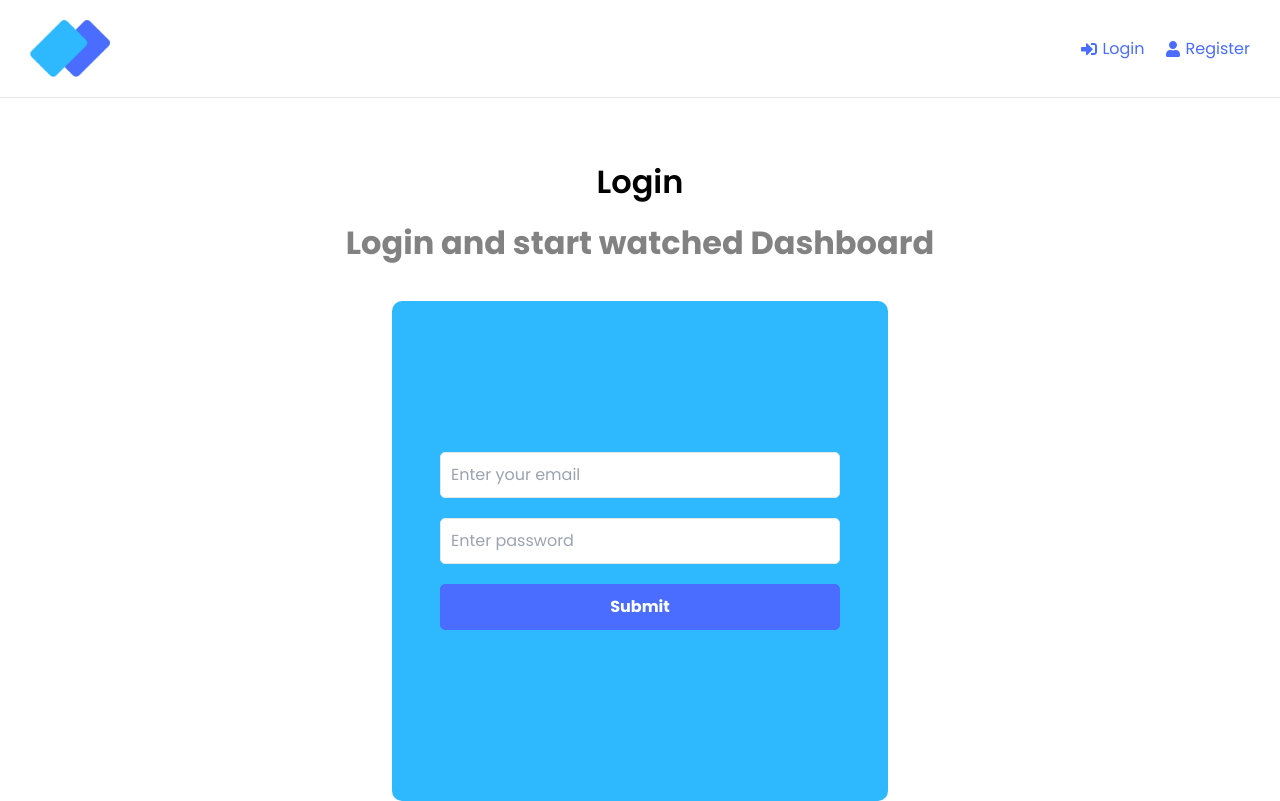
Repository: OmniaRafat232111121/DashboardTailwind
Page: /
An editor plug-in stored every save of this project. The page is shown before and after the next save, followed by the edit.
The browser window is 1280 px wide. The pictures show the whole page.
The project was rebuilt for these pictures with package versions that can differ from the ones it lists, and the page was loaded fresh each time. Also part of the build but not shown: src/components/Sidebar.jsx, src/components/Spinner.jsx, src/pages/Register.jsx.

Above is the page before, as saved 2023-01-28 16:03:50.

### public/index.html
<!DOCTYPE html>
<html lang="en">
  <head>
    <meta charset="utf-8" />
    <link rel="icon" href="%PUBLIC_URL%/favicon.ico" />
    <meta name="viewport" content="width=device-width, initial-scale=1" />
    <meta name="theme-color" content="#000000" />
    <meta
      name="description"
      content="Web site created using create-react-app"
    />
    <link rel="apple-touch-icon" href="%PUBLIC_URL%/logo192.png" />

    <link rel="manifest" href="%PUBLIC_URL%/manifest.json" />

    <title>Dashboard APP</title>
  </head>
  <body>
    <noscript>You need to enable JavaScript to run this app.</noscript>
    <div id="root"></div>
  </body>
</html>

### src/index.js
import React from 'react';
import ReactDOM from 'react-dom';
import './index.css';
import 'react-toastify/dist/ReactToastify.css';
import App from './App';
import { store } from './app/store';
import { Provider } from 'react-redux';

ReactDOM.render(
  <React.StrictMode>
    <Provider store={store}>
      <App />
    </Provider>
  </React.StrictMode>,
  document.getElementById('root')
);

### src/index.css
@import url('https://fonts.googleapis.com/css2?family=Poppins:wght@300;400;600;700&display=swap');
@tailwind base;
@tailwind components;
@tailwind utilities;

* {
  margin: 0;
  padding: 0;
  box-sizing: border-box;
}

body {
  font-family: 'Poppins', sans-serif;
  height: 100vh;
}

a {
  text-decoration: none;
  color: #4a6dff;

}


p {
  line-height: 1.7;
}

ul {
  list-style: none;
}

li {
  line-height: 2.2;
}

h1,
h2,
h3 {
  font-weight: 600;
  margin-bottom: 10px;
}

.container {
  margin: 0 auto;
  padding: 0 20px;
  text-align: center;


}
/* .dash{
 padding: 0 500px;
} */
.top-nav{
  position: absolute;
  top:98px;
  left:0px;
  height:100vh;
  background-color:#4a6dff;

}
.header {

  display: flex;
  justify-content: space-between;
  align-items: center;
  padding: 20px 30px;
  border-bottom: 1px solid #e6e6e6;
  margin-bottom: 60px;
}

.header ul {
  display: flex;
  align-items: center;
  justify-content: space-between;
}

.header ul li {
  margin-left: 20px;
}

.header ul li a {
  display: flex;
  align-items: center;
}

.header ul li a:hover {
  color: #777;
}

.header ul li a svg {
  margin-right: 5px;
}

.heading {

  font-size: 2rem;
  font-weight: 700;
  margin:0 auto;
  padding: 0 20px;

}

.heading p {
  color: #828282;
  margin-bottom: 30px;
}

.goals {
  display: grid;
  grid-template-columns: repeat(2, 1fr);
  gap: 10px;
}

.goal {
  background-color: #f4f4f4;
  margin: 10px 0;
  padding: 20px 0 10px;
  position: relative;
}

.goal .close {
  position: absolute;
  top: 10px;
  right: 15px;
  cursor: pointer;
  border: none;
  background: none;
}

.form,
.content {
  width: 40%;
  display: flex;
  align-items: center;
  justify-content: center;
  margin:0 auto;
  height:500px;
  background-color: #2eb9ff;
  border-radius: 10px;
}

.form-group {
  margin-bottom: 10px;
}

.form-group input,
.form-group textarea,
.form-group select {
  width: 100%;
  padding: 10px;
  border: 1px solid #e6e6e6;
  border-radius: 5px;
  margin-bottom: 10px;
  font-family: inherit;
  width: 400px;
}

.form-group label {
  text-align: left;
  display: block;
  margin: 0 0 5px 3px;
}

.btn {
  padding: 10px 20px;
  border: 1px solid #4a6dff;
  border-radius: 5px;
  color:#fff;
  background: #4a6dff;
  font-size: 16px;
  font-weight: 700;
  cursor: pointer;
  text-align: center;
  appearance: button;
  display: flex;
  align-items: center;
  justify-content: center;

}

.btn svg {
  margin-right: 8px;
}

.btn-reverse {
  background: #fff;
  color: #4a6dff;
}

.btn-block {
  width: 100%;
  margin-bottom: 20px;
}

.btn:hover {
  transform: scale(0.98);
}

.loadingSpinnerContainer {
  position: fixed;
  top: 0;
  right: 0;
  bottom: 0;
  left: 0;
  background-color: #2eb9ff;
  z-index: 5000;
  display: flex;
  justify-content: center;
  align-items: center;
}

.loadingSpinner {
  width: 64px;
  height: 64px;
  border: 8px solid;
  border-color: #000 transparent #555 transparent;
  border-radius: 50%;
  animation: spin 1.2s linear infinite;
}

@keyframes spin {
  0% {
    transform: rotate(0deg);
  }
  100% {
    transform: rotate(360deg);
  }
}

@media (max-width: 600px) {
  .form {
    width: 90%;
  }

  .heading h1 {
    font-size: 2rem;
  }

  .heading p {
    font-size: 1.5rem;
  }
}

### src/App.js
import { BrowserRouter as Router, Routes, Route } from 'react-router-dom'
import { ToastContainer } from 'react-toastify'
import 'react-toastify/dist/ReactToastify.css'
import Header from './components/Header'
import Dashboard from './pages/Dashboard'
import Login from './pages/Login'
import Register from './pages/Register'
import { useEffect} from 'react'
import { useSelector } from 'react-redux'
import Sidebar from './components/Sidebar'
function App() {
  // const isAuth = useSelector(state => state?.authSlice?.user?.isAuth);
  // console.log(isAuth)
  return (
    <>
      <Router>



        <div >

          <Header />
          <div className='container'>
             <Routes>
            <Route path='/' element={<Dashboard/>} />
            <Route path='/login' element={<Login />} />
            <Route path='/register' element={<Register />} />


          <Route path='/login' element={false ? <Dashboard/> : <Login/>} />


          </Routes>
          </div>

        </div>
      </Router>
      <ToastContainer />





    </>
  )
}

export default App

### src/app/store.js
import { configureStore } from '@reduxjs/toolkit'
import authReducer from '../features/auth/authSlice'

export const store = configureStore({
  reducer: {
    auth: authReducer,

  },
})

### src/components/Header.jsx

import { FaSignInAlt, FaSignOutAlt, FaUser } from 'react-icons/fa'
import { Link, redirect, useNavigate } from 'react-router-dom'
import { useSelector, useDispatch } from 'react-redux'
import { logout, reset } from '../features/auth/authSlice'
import logo from '../logo.png'
function Header() {

  const navigate = useNavigate()
  const dispatch = useDispatch()
  const { user } = useSelector((state) => state.auth)

  const onLogout = () => {
    dispatch(logout());
    dispatch(reset());

    navigate("/login");
    console.log('Jjjdjdjj')


  }



  return (
    <header className='header'>
      <div className='logo'>
        <Link to='/'>
          <img src={logo } className="w-20" />
        </Link>
      </div>
      <ul>
        {user ? (
          <li>
            <button className='btn' onClick={()=>onLogout()}>
             <FaSignOutAlt /> Logout
            </button>
          </li>
        ) : (
          <>
            <li>
              <Link  className="Buttonn" to='/login'>
                <FaSignInAlt /> Login
              </Link>
            </li>
            <li>
              <Link  className="Buttonn" to='/register'>
                <FaUser /> Register
              </Link>
            </li>
          </>
        )}
      </ul>
    </header>
  )
}

export default Header

### src/pages/Dashboard.jsx


import React, { useState } from "react";
import Dashboard from "./Dash";
import { HiMenuAlt3 } from "react-icons/hi";
import { MdOutlineDashboard } from "react-icons/md";
import { RiSettings4Line } from "react-icons/ri";
import { AiOutlineUser, AiOutlineHeart } from "react-icons/ai";
import { FiMessageSquare, FiFolder, FiShoppingCart } from "react-icons/fi";
import {MdAnalytics} from 'react-icons/md'
import { Link } from "react-router-dom";
const App = () => {

  const menus = [
    { name: "dashboard", link: "/", icon: MdOutlineDashboard },
    { name: "user", link: "/", icon: AiOutlineUser },
    { name: "messages", link: "/", icon: FiMessageSquare },
    { name: "analytics", link: "/",icon: MdAnalytics,  margin: true },
    { name: "File Manager", link: "/", icon: FiFolder },
    { name: "Cart", link: "/", icon: FiShoppingCart },
    { name: "Saved", link: "/", icon: AiOutlineHeart, margin: true },
    { name: "Setting", link: "/", icon: RiSettings4Line },
  ];
  const [open, setOpen] = useState(true);
  return (
    <div className="flex  ml-10  ">
       <div
        className={ ` top-nav  min-h-screen ${
          open ? "w-72" : "w-16"
        } duration-500 text-gray-100 px-4`}
      >
        <div className="py-3 flex justify-end">
          <HiMenuAlt3
            size={26}
            className="cursor-pointer"
            onClick={() => setOpen(!open)}
          />
        </div>
        <div className="mt-4 flex flex-col gap-4 relative">
          {menus?.map((menu, i) => (
            <Link
              to={menu?.link}
              key={i}
              className={` ${
                menu?.margin && "mt-5"
              } group flex items-center text-white text-sm  gap-3.5 font-medium p-2 hover:bg-gray-100 hover:text-blue-500 rounded-md`}
            >
              <div>{React.createElement(menu?.icon, { size: "20" })}</div>
              <h2
                style={{
                  transitionDelay: `${i + 1}00ms`,
                }}
                className={`whitespace-pre duration-500 ${
                  !open && "opacity-0 translate-x-28 overflow-hidden"
                }`}
              >
                {menu?.name}
              </h2>
              <h2
                className={`${
                  open && "hidden"
                } absolute left-48 bg-white font-semibold whitespace-pre text-gray-900 rounded-md drop-shadow-lg px-0 py-0 w-0 overflow-hidden group-hover:px-2 group-hover:py-1 group-hover:left-14 group-hover:duration-300 group-hover:w-fit  `}
              >
                {menu?.name}
              </h2>
            </Link>
          ))}
        </div>
      </div>
      <div className="h-screen flex-1 p-7">
        <h1 className="text-2xl font-semibold ">

        <Dashboard/>

        </h1>
      </div>
    </div>
  );
};
export default App;

### src/pages/Login.jsx
import { useState, useEffect } from 'react'
import { FaSignInAlt } from 'react-icons/fa'
import { useSelector, useDispatch } from 'react-redux'
import { useNavigate } from 'react-router-dom'
import { toast } from 'react-toastify'
import { login, reset } from '../features/auth/authSlice'
import Spinner from '../components/Spinner'
import { useFormik } from 'formik'
function Login() {
  const formik = useFormik({
    initialValues: {
      email: '',
      password:''
    }

  })
  const [formData, setFormData] = useState({
    email: '',
    password: '',
  })

  const { email, password } = formData

  const navigate = useNavigate()
  const dispatch = useDispatch()

  const { user, isLoading, isError, isSuccess, message } = useSelector(
    (state) => state.auth
  )

  useEffect(() => {
    if (isError) {
      toast.error(message)
    }

    if (isSuccess ) {

      navigate('/')
    }

    dispatch(reset())
  }, [user, isError, isSuccess, message, navigate, dispatch])

  // const onChange = (e) => {
  //   setFormData((prevState) => ({
  //     ...prevState,
  //     [e.target.name]: e.target.value,
  //   }))
  // }

  const onSubmit = (e) => {
    e.preventDefault()

    const userData = {
      email,
      password,
    }
    console.log(userData)

    dispatch(login(userData))
  }

  if (isLoading) {
    return <Spinner />
  }

  return (
    <>
      <section className='heading '>
        <h1>
          Login
        </h1>
        <p>Login and start watched Dashboard</p>
      </section>

      <section className='form  p-10 rounded-md mt-10'>
        <form onSubmit={onSubmit}>
          <div className='form-group'>
            <input
              type='email'
              className='form-control outline-none'
              id='email'
              name='email'
              value={formik.values.email}
              placeholder='Enter your email'
              onChange={formik.onChange}
            />
          </div>
          <div className='form-group'>
            <input
              type='password'
              className='form-control outline-none'
              id='password'
              name='password'
              value={formik.values.password}
              placeholder='Enter password'
              onChange={formik.onChange}
            />
          </div>

          <div className='form-group'>
            <button type='submit' className='btn btn-block'>
              Submit
            </button>
          </div>
        </form>



      </section>
    </>
  )
}

export default Login

### src/pages/Dash.jsx
import React from 'react'
import {MdProductionQuantityLimits} from 'react-icons/md'
import DataTableDT from '../components/DataTable'
import InfoCard from '../components/InfoCard';
import { BiBell, BiBriefcase, BiMessageDetail } from 'react-icons/bi'
import { AiOutlineSchedule } from 'react-icons/ai'
import { FaEye, FaHeart } from 'react-icons/fa'
import { RiGamepadLine } from 'react-icons/ri'
import { HiShoppingBag } from 'react-icons/hi'
import { VscDiffRemoved,VscFolderActive } from 'react-icons/vsc';
import {MdPendingActions} from 'react-icons/md'
import Sidebar from '../components/Sidebar';
import { useEffect } from 'react';
import { useNavigate } from 'react-router-dom';
import { useSelector } from 'react-redux';
const columns = [
    {
    name: 'Tracking no',
    selector: row => row?.id,
    sortable: true,
    reorder: true,
    center: true,
    maxWidth: '120px',
  },
  {
    name: 'Product name',
    selector: row => row?.title,
    sortable: true,
    reorder: true,
    center: true,
  },
  {
    name: 'Price',
    selector: row => row?.price + 'LE',
    sortable: true,
    reorder: true,
    center: true,
  },
  {
    name: 'Total Order',
    selector: row => row?.order ,
   sortable: true,
    reorder: true,
    center: true,
  },
  {
    name: 'Total Amount',
    selector: row => row?.total ,
    sortable: true,
    reorder: true,
    center: true,
  },

];

const data = [

    {
    id: 0,
    count: 178,
    order:3,
    price: 32,
    title: 'Save products',
    total:9,
    icon: <FaHeart />,
      color:'blue'
    },
    {
      id:1,
      count: 20,
         order:4,
      price: 30,
        total:8,
      title:'Stock products',
      icon: <RiGamepadLine />,
      color:'yellow'
    },
    {
      id:2,
      count: 190,
      price: 12,
      order: 4,
           total:5,
      title:'Sales Products',
      icon: <HiShoppingBag />,
      color:'orange'
    },
    {
      id:3,
      count: 12,
      price: 15,
       total:9,
      order:7,
      title:'Job Application',
      icon: <BiBriefcase />,
      color:'purple'
  },
    {
      id:4,
      count: 178,
      price: 22,
       total:4,
     order:3,
      title:'Save products',
      icon: <FaHeart/>,
      color:'blue'
    },
    {
      id:5,
      count: 20,
      price: 32,
      order: 2,
            total:9,
      title:'Stock products',
      icon: <RiGamepadLine />,
      color:'yellow'
    },
    {
      id:6,
      count: 190,
        price:34,
      title: 'Sales Products',
        order:5,
      icon: <HiShoppingBag />,
      color: 'orange',
       total:13,
    },

        {
      id:7,
      count: 140,
        price:4,
      title: 'Sales Products',
        order:8,
      icon: <HiShoppingBag />,
      color: 'orange',
       total:9,
    },


]


const Dashboard = () => {
  const navigate = useNavigate()
  const { user } = useSelector((state) => state.auth);

  useEffect(() => {
    console.log(user);
     if (!user) {

       navigate('/login')
     }

   }, [])
  return (

    <>

    <section className="  w-full  flex-1 px-30  ">
      <div>
        <h2 className=" lg:text-lg text-black-400 ">Welcome back, Dashbord !</h2>
        <div className=' flex  flex-col mt-4
           lg:flex-row
           items-center
           justify-between
           rounded-md
           bg-gray-100 shadow-2xl p-10 '>


           <InfoCard
            className="mt-3 p-5 box-shadow-300 "
            bgColor={"bg-purple-600"}
            textColor={"text-purple-500"}

            count={'+474'}
            icon={<AiOutlineSchedule size={25} />}
            label={
              <span className='text-sm'>
                Scheduling

              </span>
            }
          />


          <InfoCard
            className="mt-3 box-shadow-300"
             count={'+1224'}
            bgColor={"bg-red-600"}
            textColor={"text-red-500"}
            icon={<VscFolderActive size={25} />}
            label={
              <span className='text-sm'>
             active
              </span>
            }
          />
            <InfoCard
            className="mt-3 p-5 box-shadow-300 bg-black"
            bgColor={"bg-blue-600"}
            textColor={"text-blue-500"}

            count={'+1324'}
            icon={<MdPendingActions size={25} />}
            label={
              <span className='text-sm'>
               pending
              </span>
            }
          />

          <InfoCard
            className="mt-3 box-shadow-300"
             count={'+1522'}
            bgColor={"bg-yellow-600"}
            textColor={"text-yellow-500"}
            icon={<VscDiffRemoved size={25} />}
            label={
              <span className='text-sm'>
               Removed
              </span>
            }
          />




        </div>
        <div className='mt-10'>
          <DataTableDT
            className=" md:w-3"
            columns={columns}
            data={data}
            selectableRows

        />
        </div>
        </div>

        <div>

        </div>

    </section>
    </>
  )
}

export default Dashboard

### src/features/auth/authService.js
import axios from 'axios'

const API_URL1 = 'https://reqres.in/api/register'

// Register user
const register = async (userData) => {
  const response = await axios.post(API_URL1, userData)

  if (response.data) {
    localStorage.setItem('user', JSON.stringify(response.data))
  }

  return response.data
}

const API_URL = 'https://reqres.in/api/login/'
 //Login user
const login = async (userData) => {
  const response = await axios.post(API_URL , userData)

  if (response.data) {
    localStorage.setItem('user', JSON.stringify(response.data))
  }

  return response.data
}

// Logout user
const logout = () => {
  localStorage.removeItem('user')
    //state.user=false

}

const authService = {
  register,
  logout,
  login,
}

export default authService

### src/components/DataTable.jsx
import React from 'react';
import DataTable, { createTheme } from 'react-data-table-component';
import { BsSortDown } from 'react-icons/bs';
const sortIcon = <BsSortDown />;
const DataTbleDT = ({
  columns,
  data,
  title,
  select,
  pagination,
  paginationServer,
  paginationTotalRows,
  onChangeRowsPerPage,
  onChangePage,
  progressPending,
  progressComponent,
}) => {
  const customStyles = {
    tableWrapper: {
      style: {
        display: 'table',
        border: '1px solid #E6E9F1',
        width: '99.9%',
        overflow: 'hidden',
        borderRadius: '8px',
      },
    },
    header: {
      style: {
        color: '#FFFFFF',
        fontWeight: 800,
        minHeight: '60px',
        paddingLeft: '0px',
        textAlign: 'center',
        textTransform: 'uppercase',
      },
    },
    head: {
      style: {
        color: 'orange',
      },
    },
    headRow: {
      style: {
        backgroundColor: '#E6E9F1',
        minHeight: '48px',
      },
      denseStyle: {
        minHeight: '30px',
      },
    },
    headCells: {
      style: {
        textTransform: 'uppercase',
        fontWeight: 700,
        color: '#052A30',
        paddingLeft: '10px',
        paddingRight: '10px',
      },
      activeSortStyle: {
        color: '#ccc',
        '&:focus': {
          outline: 'none',
        },
        '&:hover:not(:focus)': {
          color: '#E6E9F1',
        },
      },
      inactiveSortStyle: {
        '&:focus': {
          outline: 'none',
          color: '',
        },
        '&:hover': {
          color: '',
        },
      },
    },
    cells: {
      style: {
        paddingLeft: '10px',
        paddingRight: '10px',
        wordBreak: 'break-word',
      },
    },
    rows: {
      style: {
        minHeight: '45px',
        width: '99.8%',
        marginLeft: '1px',
        marginRight: '1px',
      },
      denseStyle: {
        fontSize: '12px',
        minHeight: '40px',
      },
      highlightOnHoverStyle: {
        backgroundColor: '#f7fcf7',
      },
    },
  };

  createTheme('ElevateLight', {
    text: {
      primary: '#393939',
      secondary: '#000',
    },
    background: {
      default: '#fff',
    },
    context: {
      background: '#f7fcf7',
      text: '#FFFFFF',
    },
    divider: {
      default: '#E6E9F1',
    },
    action: {
      button: 'rgba(0,0,0,.54)',
      hover: 'rgba(0,0,0,.08)',
      disabled: 'rgba(0,0,0,.12)',
    },
  });

  return (
    <DataTable
      columns={columns}
      data={data}
      selectableRows={select}
      selectableRowsNoSelectAll={false}
      selectableRowsVisibleOnly={false}
      selectableRowsHighlight={true}
      selectableRowsSingle={false}
      expandableRows={false}
      expandOnRowClicked={false}
      expandOnRowDoubleClicked={false}
      expandableRowsHideExpander={false}
      highlightOnHover={false}
      striped={false}
      pointerOnHover={false}
      dense={false}
      persistTableHead={false}
      noHeader={false}
      fixedHeader={false}
      fixedHeaderScrollHeight="300px"
      noTableHead={false}
      noContextMenu={false}
      direction="right"
      subHeader={false}
      subHeaderAlign="right"
      subHeaderWrap={true}
      responsive
      disabled={false}
      customStyles={customStyles}
      sortIcon={sortIcon}
      pagination={pagination}
      paginationServer={paginationServer}
      paginationTotalRows={paginationTotalRows}
      onChangeRowsPerPage={onChangeRowsPerPage}
      onChangePage={onChangePage}
      progressPending={progressPending}
      progressComponent={progressComponent}
    />
  );
};

export default DataTbleDT;

### src/components/InfoCard.jsx
import React from 'react'
import CountUp from 'react-countup'
const InfoCard = (props) => {
    return (
       <div className={` mt-3 rounded-xl ${props.bgColor} bg-opacity-10 p-5  w-36    ${props.textColor}`}>


            <div className='text  flex justify-between   '>
        <h4>{props.icon}</h4>
                <h4>
          <CountUp
            start={0}
            end={props.count}
            duration={props.count < 20 ? 1 : props.count < 200 ? 2 : 3}
            decimals={0}
                    />
                    +
                    </h4>
            </div>
            {props.label}

          </div>



  )
}

export default InfoCard

Loaded but not shown: tailwind.config.js (common file); src/features/auth/authSlice.js (100 lines, source omitted)

After the next save:
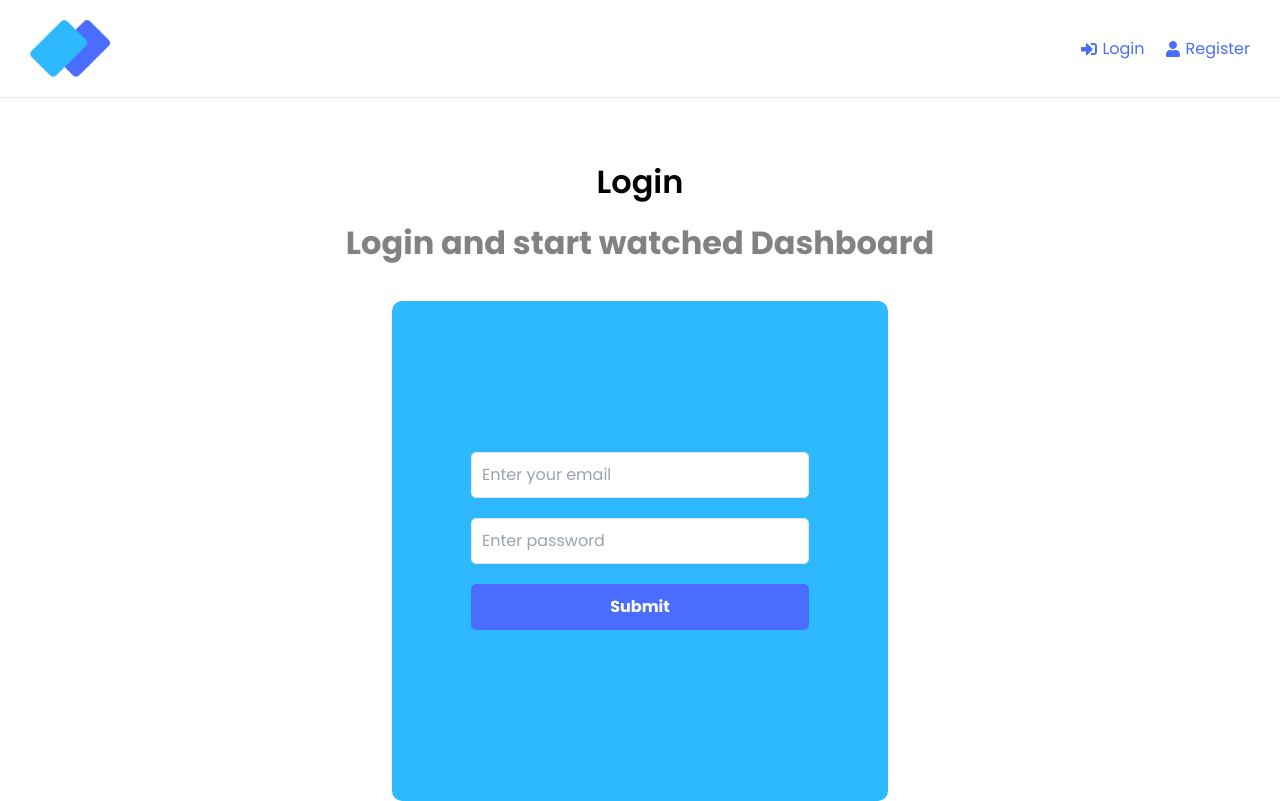
Saved 48 s later.
--- a/src/index.css
+++ b/src/index.css
@@ -152,7 +152,7 @@ h3 {
   border-radius: 5px;
   margin-bottom: 10px;
   font-family: inherit;
-  width: 400px;
+
 }
 
 .form-group label {
